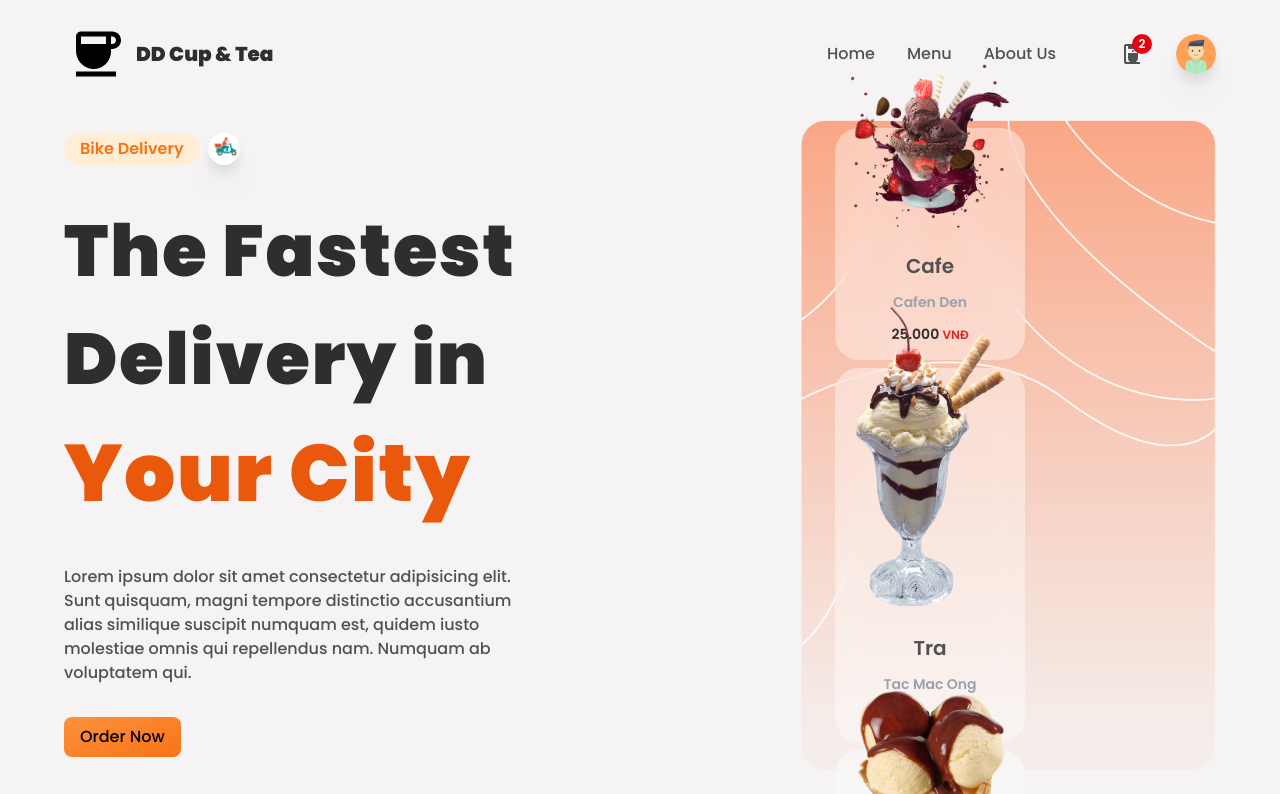
Repository: duongspm/ddcoffee
Page: /
The author's editor kept a copy of each file at every save. The page is drawn from the files as they stood at one save, then again after the next save.
The browser window is 1280 px wide. The pictures show the whole page.
An inner scrolling area shows only its first screen. The project was rebuilt for these pictures with package versions that can differ from the ones it lists, and the page was loaded fresh each time. Also part of the build but not shown: src/App.css, src/components/CreateContainer.jsx.

Above is the page before, as saved 2022-07-12 20:02:00.

### src/index.js
import React from 'react';
import ReactDOM from 'react-dom/client';
import './index.css';
import App from './App';
import reportWebVitals from './reportWebVitals';

import { BrowserRouter as Router } from 'react-router-dom';

import { StateProvider } from './context/StateProvider';
import { initialState } from './context/initalState';
import reducer from './context/reducer';

const root = ReactDOM.createRoot(document.getElementById('root'));
root.render(
  <Router>
    <StateProvider initialState={initialState} reducer={reducer}>
      <App />
    </StateProvider>
  </Router>
  // <React.StrictMode>
  //   <App />
  // </React.StrictMode>
);

// If you want to start measuring performance in your app, pass a function
// to log results (for example: reportWebVitals(console.log))
// or send to an analytics endpoint. Learn more: https://bit.ly/CRA-vitals
reportWebVitals();

### src/index.css
/* body {
  margin: 0;
  font-family: -apple-system, BlinkMacSystemFont, 'Segoe UI', 'Roboto', 'Oxygen',
    'Ubuntu', 'Cantarell', 'Fira Sans', 'Droid Sans', 'Helvetica Neue',
    sans-serif;
  -webkit-font-smoothing: antialiased;
  -moz-osx-font-smoothing: grayscale;
}

code {
  font-family: source-code-pro, Menlo, Monaco, Consolas, 'Courier New',
    monospace;
} */

@import url(https://fonts.googleapis.com/css2?family=DM+Sans:ital,wght@0,400;0,500;1,400;1,500&family=Inter:wght@400;500;600&family=Mulish:wght@300&family=Nunito+Sans:wght@200&family=Playfair+Display:wght@700&family=Poppins:wght@500;600;900&family=Quicksand:wght@700&display=swap);
*{
  margin: 0;
  padding: 0;
  box-sizing: border-box;
}
body{
  font-family: 'Poppins', sans-serif, -apple-system, BlinkMacSystemFont, 'Segoe UI', 'Roboto', 'Oxygen',
  'Ubuntu', 'Cantarell', 'Fira Sans', 'Droid Sans', 'Helvetica Neue',
  sans-serif;
}
html, body{
  scroll-behavior: smooth;
  overflow-x: hidden; /*chống tràn*/
}
@tailwind base;
@tailwind components;
@tailwind utilities;

### src/App.js
import './App.css';
import {Route, Routes} from 'react-router-dom';
import MainContainer from './components/MainContainer';
import CreateContainer from './components/CreateContainer';
import { AnimatePresence } from 'framer-motion';

import { Header } from './components';

function App() {
  return (
    <AnimatePresence exitBeforeEnter>
      <div className="w-screen h-auto flex flex-col bg-primary">
        <Header/>
        <main className='mt-14 md:mt-24 px-4 md:px-16 py-4 w-full'>
          <Routes>
            <Route path='/*' element={<MainContainer/>}></Route>
            <Route path='/createItem' element={<CreateContainer/>}></Route>
          </Routes>
        </main>
      </div>
    </AnimatePresence>
  );
}

export default App;

### src/context/StateProvider.js
import React, {createContext, useContext, useReducer} from 'react';
export const StateContext = createContext();
export const StateProvider = ({reducer, initialState, children}) => (
    <StateContext.Provider value={useReducer(reducer, initialState)}>
        {children}
    </StateContext.Provider>
);

export const useStateValue = () => useContext(StateContext);

### src/context/initalState.js
import { fetchUser } from "../utils/fetchLocalStorageData"

const userInfo = fetchUser()

export const initialState = {
    user: null,
}

### src/context/reducer.js
export const actionType = {
    SET_USER: "SET_USER",
};

const reducer = (state, action) => {
    console.log(action);

    switch (action.type){
        case actionType.SET_USER:
            return {
                ...state,
                user: action.user,
            };

        default:
            return state;
    }
};

export default reducer;

### src/components/MainContainer.jsx
import React from 'react';
import HomeContainer from './HomeContainer';

const MainContainer = () => {
    return (
        <div className='w-full h-auto flex flex-col items-center justify-center'>
            <HomeContainer/>
        </div>
    );
};

export default MainContainer;

### src/components/index.js
export {default as Header} from './Header';
export {default as MainContainer} from './MainContainer';
export {default as CreateContainer} from './CreateContainer';
export {default as HomeContainer} from './HomeContainer';

### src/utils/fetchLocalStorageData.js
export const fetchUser = () => {
    const userInfo =
        localStorage.getItem("user") !== "undefined"
        ? JSON.parse(localStorage.getItem("user"))
        : localStorage.clear();
    return userInfo;
}

### src/components/HomeContainer.jsx
import React from 'react';
import delivery from '../assets/imgs/delivery.png';
import HeroBg from '../assets/imgs/heroBg.png';
import heroData from '../utils/data'

const HomeContainer = () => {
    return (
        <section id="home" className='grid grid-cols-1 md:grid-cols-2 gap-2 w-full'>
            <div className='py-2 flex flex-1 flex-col items-start  justify-center gap-8'>
                <div className='flex items-center gap-2 justify-center'>
                    <p className='text-base text-orange-500 font-semibold bg-orange-100 px-4 py-1 rounded-full'>Bike Delivery</p>
                    <div className='w-8 h-8 bg-white rounded-full overflow-hidden drop-shadow-xl'>
                        <img src={delivery} className="w-full h-full object-contain" alt="deli"/>
                    </div>
                </div>
                <p className='text-[2.5rem] font-bold tracking-wide text-headingColor lg:text-[4.5rem]'>The Fastest Delivery in <span className='text-orange-600 text-[3rem] lg:text-[5rem]'>Your City</span></p>
                <p className='text-base text-textColor text-center md:text-left md:w-[80%]'>Lorem ipsum dolor sit amet consectetur adipisicing elit. Sunt quisquam, magni tempore distinctio accusantium alias similique suscipit numquam est, quidem iusto molestiae omnis qui repellendus nam. Numquam ab voluptatem qui.</p>
                <button type='button' className='bg-gradient-to-br from-orange-400 to-orange-500 w-full px-4 py-2 rounded-lg hover:shadow-lg transition-all ease-in-out md:w-auto'>Order Now</button>
            </div>
            <div className='py-2 flex-1 flex items-center relative'>
                <img src={HeroBg} className="ml-auto h-420 w-full lg:w-auto lg:h-650" alt="hero-bg"/>

                <div className='w-full h-full absolute flex items-center justify-center top-0 left-0 px-32 py-4 gap-2 flex-wrap'>
                    {heroData && heroData.map(n => (
                        <div key={n.id} className='w-190 bg-cardOverlay backdrop-blur-md p-4 rounded-3xl flex flex-col items-center justify-center min-w-[190px]'>
                        <img src={n.imageSrc} className='w-40 -mt-20' alt='i1'/>
                        <p className='text-xl font-semibold text-textColor mt-6'>{n.name}</p>
                        <p className='text-sm font-semibold text-lighttextGray my-3'>{n.decp}</p>
                        <p className='text-sm font-semibold text-headingColor'>{n.price} <span className='text-xs text-red-600'>VNĐ</span></p>
                    </div>
                    ))}
                </div>
            </div>
        </section>
    );
};

export default HomeContainer;

### src/components/Header.jsx
import React, { useState } from 'react';
import {motion} from "framer-motion";
import {Link} from 'react-router-dom';
import {MdCoffee} from 'react-icons/md';
import {MdCoffeeMaker, MdAdd, MdLogout, MdAccountCircle} from 'react-icons/md';
//import Logo from '../assets/imgs/logo-dendo-cocaybua.png';
import Avatar from '../assets/imgs/avatar.png';
import { getAuth, signInWithPopup, GoogleAuthProvider } from "firebase/auth";
import { app } from '../firebase.config';
import { useStateValue } from '../context/StateProvider';
import { actionType } from '../context/reducer';

const Header = () => {
    const firebaseAuth = getAuth(app);
    const provider = new GoogleAuthProvider();

    const [{user}, dispatch] = useStateValue()

    const [isMenu, setIsMenu] = useState(false);

    const login = async () => {
        //đăng nhập rồi click vô avt k hiện đăng nhập nữa
        if(!user)
        {
            const {user: {refreshToken, providerData}} = await signInWithPopup(firebaseAuth, provider);
            dispatch({
                type : actionType.SET_USER,
                user : providerData[0],
            });
            localStorage.setItem("user", JSON.stringify(providerData[0]))
        }else{
            setIsMenu(!isMenu);
        }
    };
    const logout = () => {
        setIsMenu(false);
        localStorage.clear();
        dispatch({
            type: actionType.SET_USER,
            user: null,
        });
    }

    return (
        <header className='fixed z-50 w-screen p-3 px-4 md:p-6 md:px-16'>
            {/* desktop */}
            <div className='hidden md:flex w-full h-full items-center justify-between'>
                <Link to={"/"} className='flex items-center gap-2'>
                    {/* <img src={Logo} className="w-16 object-cover" alt="Logo nef"/> */}
                    <MdCoffee className='w-16 object-cover cursor-pointer text-6xl hover:text-cartNumBg'></MdCoffee>
                    <motion.p whileTap={{scale: 0.6}}  className='text-headingColor text-xl font-bold'>DD Cup & Tea</motion.p>
                </Link>
                <div className='flex items-center gap-8'> {/* bo ra ngoai div nay thi no se nam giua */}
                    <motion.ul
                        initial={{opacity: 0, x: 200}}
                        animate={{opacity: 1, x: 0}}
                        exit={{opacity: 0, x: 200}}
                        className="flex items-center gap-8 ">
                        <li className='text-base text-textColor hover:text-cartNumBg duration-100 transition-all ease-in-out cursor-pointer'>Home</li>
                        <li className='text-base text-textColor hover:text-cartNumBg duration-100 transition-all ease-in-out cursor-pointer'>Menu</li>
                        <li className='text-base text-textColor hover:text-cartNumBg duration-100 transition-all ease-in-out cursor-pointer'>About Us</li>
                    </motion.ul>
                    <div className='relative flex items-center justify-center'>
                        <MdCoffeeMaker className='text-textColor text-2xl ml-8 cursor-pointer'></MdCoffeeMaker>
                        <div className='absolute -top-2 -right-2 w-5 h-5 rounded-full bg-cartNumBg flex items-center justify-center'>
                            <p className='text-xs text-white font-semibold'>2</p>
                        </div>
                    </div>
                    <div className='relative'>
                        <motion.img whileTap={{scale: 0.6}} className='w-10 min-w-[40px] h-10 min-h-[40px] drop-shadow-xl rounded-full' src={user ? user.photoURL : Avatar} alt="avata nguoi dung"
                        onClick={login}/>
                        {/* Menu In4 */}
                        {
                            isMenu &&
                            (
                                <motion.div
                                    initial={{opacity: 0, scale: 0.6}}
                                    animate={{opacity: 1, scale: 1}}
                                    exit={{opacity: 0, scale: 0.6}}
                                    className='w-40 bg-gray-50 shadow-xl rounded-lg absolute flex flex-col top-12 right-0'>
                                    {
                                        user && user.email === "tranvanduong10a22016bb@gmail.com" && (
                                            <Link to={'/createItem'}>
                                                <p className='px-4 py-2 flex items-center gap-3 cursor-pointer hover:bg-slate-100 transition-all duration-100 ease-in-out text-textColor text-base '><MdAdd/> New Item </p>
                                            </Link>
                                        )
                                    }
                                    <Link to={'/info'}>
                                        <p className='px-4 py-2 flex items-center gap-3 cursor-pointer hover:bg-slate-100 transition-all duration-100 ease-in-out text-textColor text-base'><MdAccountCircle/>{user ? user.displayName : 'In4'} </p>
                                    </Link>
                                    <hr/>
                                    <p className='px-4 py-2 flex items-center gap-3 cursor-pointer hover:bg-slate-100 transition-all duration-100 ease-in-out text-textColor text-base' onClick={logout}><MdLogout/> Logout </p>
                                </motion.div>
                            )
                        }
                        {/* End Menu In4 */}
                    </div>
                </div>
            </div>
            {/* mobile */}
            <div className='flex items-center justify-between md:hidden w-full h-full'>
                <div className='relative flex items-center justify-center'>
                    <MdCoffeeMaker className='text-textColor text-2xl ml-8 cursor-pointer'></MdCoffeeMaker>
                    <div className='absolute -top-2 -right-2 w-5 h-5 rounded-full bg-cartNumBg flex items-center justify-center'>
                        <p className='text-xs text-white font-semibold'>2</p>
                    </div>
                </div>
                <Link to={"/"} className='flex items-center gap-2'>
                    {/* <img src={Logo} className="w-16 object-cover" alt="Logo nef"/> */}
                    <MdCoffee className='w-16 object-cover cursor-pointer text-6xl hover:text-cartNumBg'></MdCoffee>
                    <motion.p whileTap={{scale: 0.6}}  className='text-headingColor text-xl font-bold'>DD Cup & Tea</motion.p>
                </Link>

                <div className='relative'>
                        <motion.img whileTap={{scale: 0.6}} className='w-10 min-w-[40px] h-10 min-h-[40px] drop-shadow-xl rounded-full' src={user ? user.photoURL : Avatar} alt="avata nguoi dung"
                        onClick={login}/>
                        {/* Menu In4 */}
                        {
                            isMenu &&
                            (
                                <motion.div
                                    initial={{opacity: 0, scale: 0.6}}
                                    animate={{opacity: 1, scale: 1}}
                                    exit={{opacity: 0, scale: 0.6}}
                                    className='w-40 bg-gray-50 shadow-xl rounded-lg absolute flex flex-col top-12 right-0'>
                                    {
                                        user && user.email === "tranvanduong10a22016bb@gmail.com" && (
                                            <Link to={'/createItem'}>
                                                <p className='px-4 py-2 flex items-center gap-3 cursor-pointer hover:bg-slate-100 transition-all duration-100 ease-in-out text-textColor text-base justify-center'><MdAdd/> New Item </p>
                                            </Link>
                                        )
                                    }
                                    <ul className="flex flex-col">
                                        <li className='text-base text-textColor hover:text-cartNumBg duration-100 transition-all ease-in-out cursor-pointer hover:bg-slate-100 px-4 py-2'>Home</li>
                                        <li className='text-base text-textColor hover:text-cartNumBg duration-100 transition-all ease-in-out cursor-pointer hover:bg-slate-100 px-4 py-2'>Menu</li>
                                        <li className='text-base text-textColor hover:text-cartNumBg duration-100 transition-all ease-in-out cursor-pointer hover:bg-slate-100 px-4 py-2'>About Us</li>
                                    </ul>
                                    <hr/>
                                    <Link to={'/info'}>
                                        <p className='px-4 py-2 flex items-center gap-3 cursor-pointer hover:bg-slate-100 transition-all duration-100 ease-in-out text-textColor text-base justify-center'><MdAccountCircle/> In4 </p>
                                    </Link>
                                    <hr/>
                                    <p className='m-2 p-2 rounded-md shadow-md flex items-center gap-3 cursor-pointer hover:bg-slate-300 transition-all duration-100 ease-in-out text-textColor text-base justify-center bg-gray-200 ' onClick={logout}><MdLogout/> Logout </p>
                                </motion.div>
                            )
                        }
                        {/* End Menu In4 */}
                    </div>
            </div>
        </header>
    );
};

export default Header;

### src/utils/data.js
import I1 from '../assets/imgs/i1.png';
import I2 from '../assets/imgs/i2.png';
import I3 from '../assets/imgs/i3.png';
import I4 from '../assets/imgs/i4.png';
const heropData = [
    {id : 1, name: 'Cafe', decp : 'Cafen Den', price : '25.000', imageSrc : I1},
    {id : 2, name: 'Tra', decp : 'Tac Mac Ong', price : '30.000', imageSrc : I2},
    {id : 3, name: 'Da Xay', decp : 'Chocolate Da Xay', price : '30.000', imageSrc : I3},
    {id : 4, name: 'Sinh To', decp : 'Sinh To Chuoi', price : '35.000', imageSrc : I4},
]
export default heropData;

### src/firebase.config.js
import {getApp, getApps, initializeApp} from 'firebase/app';
import {getFirestore} from 'firebase/firestore';
import {getStorage} from 'firebase/storage';

const firebaseConfig = {
    apiKey : "AIzaSyAiraH4JLA5tCdJ0jHuDoW_0qsknKtMiQc" ,
    authDomain : "ddcoffee-35878.firebaseapp.com" ,
    databaseURL : "https://ddcoffee-35878-default-rtdb.firebaseio.com" ,
    projectId : "ddcoffee-35878" ,
    storageBucket : "ddcoffee-35878.appspot.com" ,
    messagingSenderId : "404922796023" ,
    appId : "1:404922796023:web:4717a230c36f3a24a4d0f2"
    };

    const app = getApps.length > 0 ? getApp() : initializeApp(firebaseConfig);

    const firestore = getFirestore(app);
    const storage = getStorage(app);

    export {app, firestore, storage};

### tailwind.config.js
/** @type {import('tailwindcss').Config} */
module.exports = {
  content: [
    "./src/**/*.{js,jsx,ts,tsx}",
  ],
  theme: {
    extend: {
      margin: {
        320: "320px",
      },
      width: {
        150: "150px",
        190: "190px",
        225: "225px",
        275: "275px",
        300: "300px",
        340: "340px",
        350: "350px",
        375: "375px",
        460: "460px",
        656: "656px",
        880: "880px",
        508: "508px",
      },
      height: {
        80: "80px",
        150: "150px",
        225: "225px",
        300: "300px",
        340: "340px",
        370: "370px",
        420: "420px",
        510: "510px",
        600: "600px",
        650: "650px",
        685: "685px",
        800: "800px",
        "90vh": "90vh",
      },
      minWidth: {
        210: "210px",
        350: "350px",
        620: "620px",
      },
      colors: {
        headingColor:"#2e2e2e",
        textColor:"#515151",
        cartNumBg:"#e80013",
        primary:"#f5f3f3",
        // textColor: "#101010",
        // activeText: "#D6230A",
        gradientBg: "rgba(116, 249, 105,0.4)",
        // whiteAlpha: "rgba(255,255,255,0.2)",
        // cardColor: "#f5f5f5",
        // cartBg: "#282a2c",
        // cartItem: "#2e3033",
        // cartTotal: "#343739",
        cardOverlay: "rgba(256,256,256,0.4)",
        lighttextGray:"#9ca0ab",
      },
      screens: {
        sm: "640px",
        md: "768px",
        lg: "1024px",
        xl: "1280px",
        "2xl": "1536px",
      },
    },
  },
  plugins: [],
}

Loaded but not shown: public/index.html (common file); src/reportWebVitals.js (common file)

After the next save:
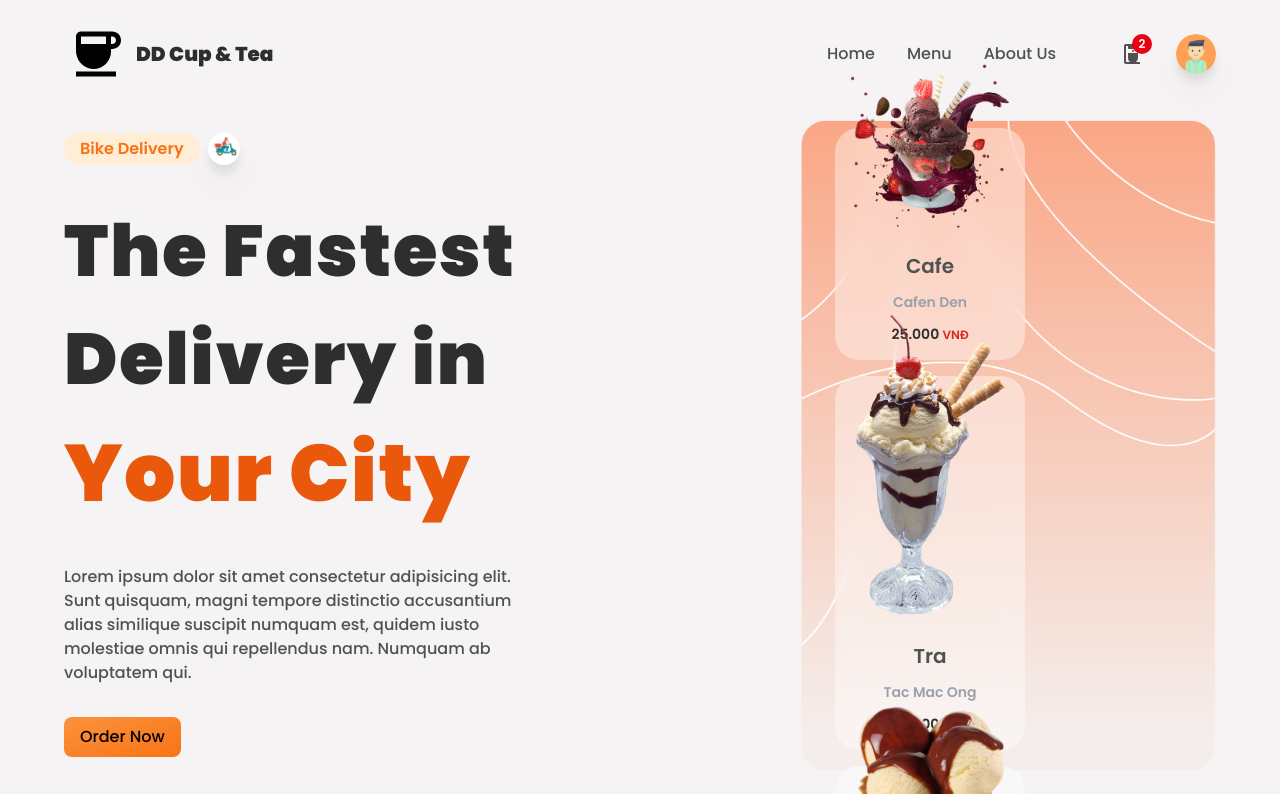
Saved 21 s later.
--- a/src/components/HomeContainer.jsx
+++ b/src/components/HomeContainer.jsx
@@ -20,7 +20,7 @@ const HomeContainer = () => {
             <div className='py-2 flex-1 flex items-center relative'>
                 <img src={HeroBg} className="ml-auto h-420 w-full lg:w-auto lg:h-650" alt="hero-bg"/>
 
-                <div className='w-full h-full absolute flex items-center justify-center top-0 left-0 px-32 py-4 gap-2 flex-wrap'>
+                <div className='w-full h-full absolute flex items-center justify-center top-0 left-0 px-32 py-4 gap-4 flex-wrap'>
                     {heroData && heroData.map(n => (
                         <div key={n.id} className='w-190 bg-cardOverlay backdrop-blur-md p-4 rounded-3xl flex flex-col items-center justify-center min-w-[190px]'>
                         <img src={n.imageSrc} className='w-40 -mt-20' alt='i1'/>
